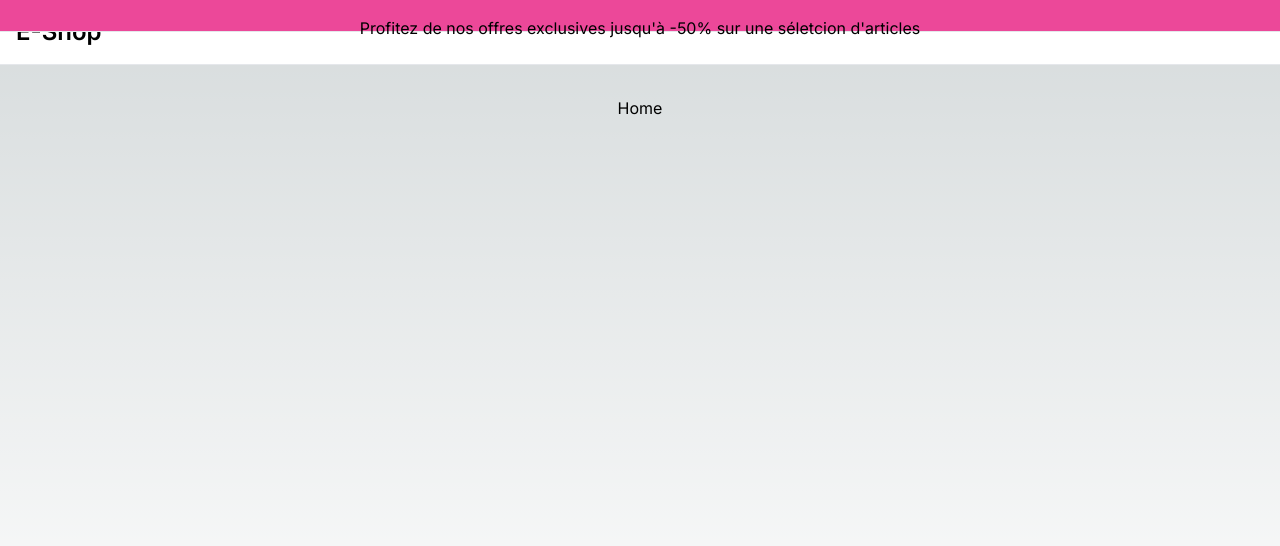
Repository: SDlevelUp/e-shop
Page: /
These files come from the project's save history. The page is drawn as it stood at one moment and after the next save; the edit follows.
The browser window is 1280 px wide. The pictures show the whole page.
The project was rebuilt for these pictures with package versions that can differ from the ones it lists, and the page was loaded fresh each time. The framework's server and built-in components were replaced by stand-ins that run in the browser. Also part of the build but not shown: next.config.js.

Above is the page before, as saved 2023-08-29 09:01:08.

### src/app/layout.js
import './globals.css'
import { Inter } from 'next/font/google';
import Navbar from '@/components/Navbar/Navbar';
import GlobalState from '@/context';
import Banner from '@/components/Banner/Banner';
const inter = Inter({ subsets: ['latin'] })

export const metadata = {
  title: 'E-Shop, votre boutique en ligne',
  description: 'Generated by create next app',
};

export default function RootLayout({ children }) {
  return (
    <html lang="en">
      <head>
        <meta charSet="UTF-8" />
        <meta name="viewport" content="width=device-width, initial-scale=1.0" />
        <title>{metadata.title}</title>
        <meta name="description" content={metadata.description} />
      </head>
      <body className={inter.className}>
        <GlobalState>
          <Banner />
          <Navbar />
          <main>{children}</main>
        </GlobalState>
      </body>
    </html>
  )
}

### src/app/page.js
import React from 'react';

function Home() {
  return (
    <main className="flex min-h-screen flex-col items-center justify-between p-24">
      <div>
        <h1>Home</h1>
      </div>
    </main>
  );
}

export default Home;

### src/components/Navbar/Navbar.jsx
"use client";

export default function Navbar() {
    return (
        <>
            <nav className="bg-white fixed w-full top-0 left-0 border-b border-gray-200">
                <div className="max-w-screen-xl flex flex-wrap items-center justify-between mx-auto p-4">
                    <div className="flex items-center cursor-pointer">
                        <span className="self-center text-2xl font-semibold whitespace-nowrap">
                            E-Shop
                        </span>
                    </div>
                    <div className="flex md:order-2"></div>
                </div>
            </nav >
        </>
    );
}

### src/context/index.js
"use client";

import { createContext } from 'react';

export const GlobalContext = createContext(null);

export default function GlobalState({ children }) {
    return (
        <GlobalContext.Provider value={{}}>{children}</GlobalContext.Provider>
    )
}

### src/components/Banner/Banner.jsx
"use client";

export default function Banner() {
    return (
        <>
            <nav className="bg-pink-500 z-10 fixed w-full top-0 left-0 border-b border-gray-200 h-8">
                <div className="max-w-screen-xl flex flex-wrap items-center justify-center mx-auto p-4">
                    <div>
                        <span className="items-center justify-center">
                            Profitez de nos offres exclusives jusqu'à -50% sur une séletcion d'articles
                        </span>
                    </div>

                </div>
            </nav >
        </>
    );
}

Loaded but not shown: src/app/globals.css (common file); tailwind.config.js (common file)

After the next save:
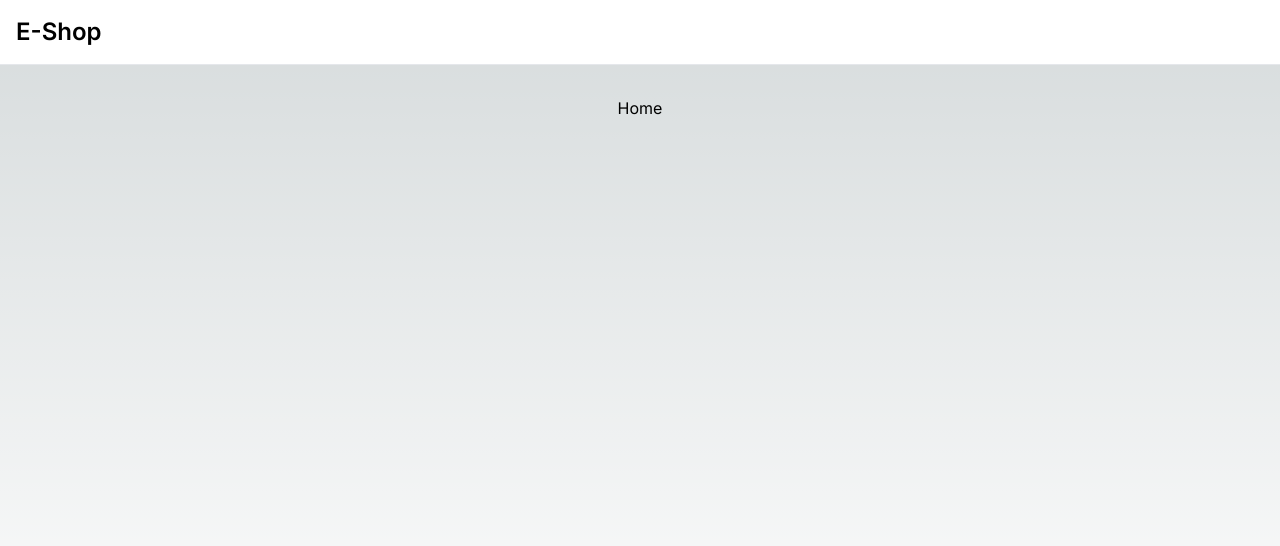
Saved 7 s later.
--- a/src/components/Banner/Banner.jsx
+++ b/src/components/Banner/Banner.jsx
@@ -3,7 +3,7 @@
 export default function Banner() {
     return (
         <>
-            <nav className="bg-pink-500 z-10 fixed w-full top-0 left-0 border-b border-gray-200 h-8">
+            <nav className="bg-pink-500 z-100 fixed w-full top-0 left-0 border-b border-gray-200 h-8">
                 <div className="max-w-screen-xl flex flex-wrap items-center justify-center mx-auto p-4">
                     <div>
                         <span className="items-center justify-center">

After the 2 saves that followed:
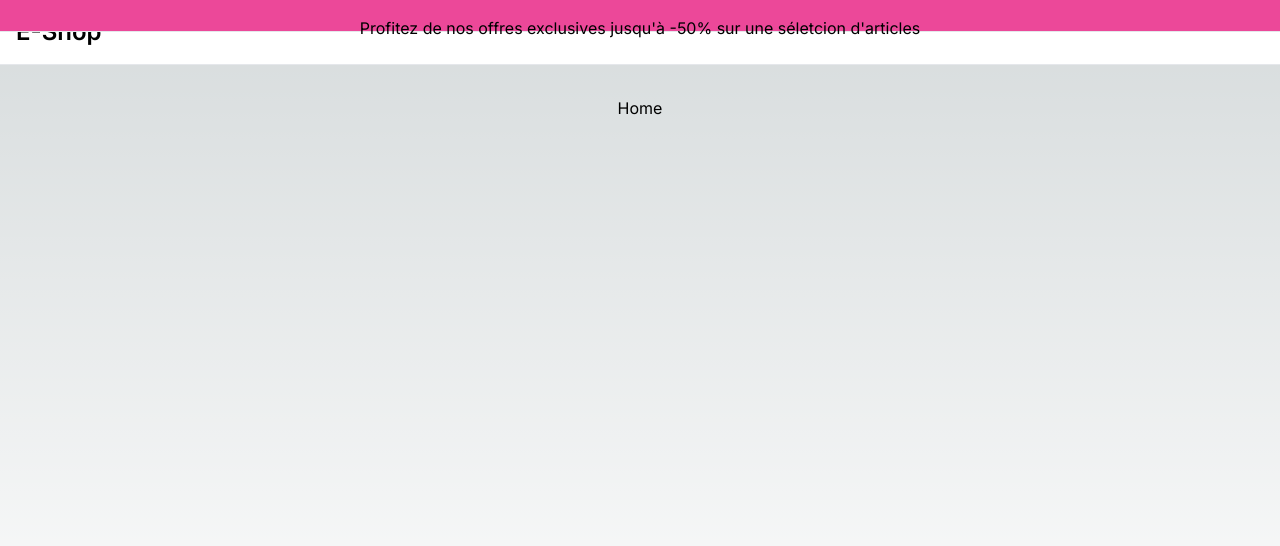
The 2 saves are shown as one change because 1 left the picture as it was.
The last was saved 16 s later.
--- a/src/components/Banner/Banner.jsx
+++ b/src/components/Banner/Banner.jsx
@@ -3,9 +3,9 @@
 export default function Banner() {
     return (
         <>
-            <nav className="bg-pink-500 z-100 fixed w-full top-0 left-0 border-b border-gray-200 h-8">
+            <nav className="bg-pink-500 z-20 fixed w-full top-0 left-0 border-b border-gray-200 h-8">
                 <div className="max-w-screen-xl flex flex-wrap items-center justify-center mx-auto p-4">
-                    <div>
+                    <div className="flex items-center cursor-pointer">
                         <span className="items-center justify-center">
                             Profitez de nos offres exclusives jusqu'à -50% sur une séletcion d'articles
                         </span>
